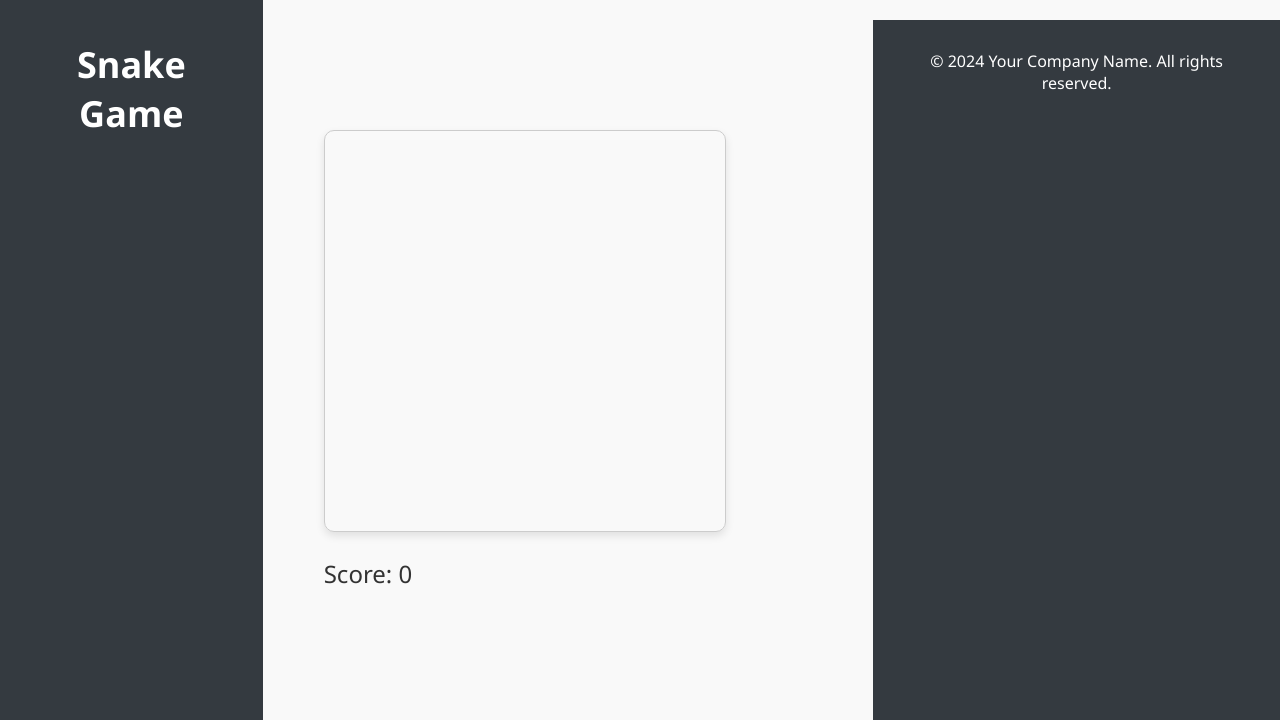
Repository: Taofeekolusola/Landing-page
Page: index.html
An editor plug-in stored every save of this project. The page is shown before and after the next save, followed by the edit.
The browser window is 1280 px wide. The pictures show the whole page.

Above is the page before, as saved 2024-05-06 18:00:35.
Not found: script.js

After the next save:
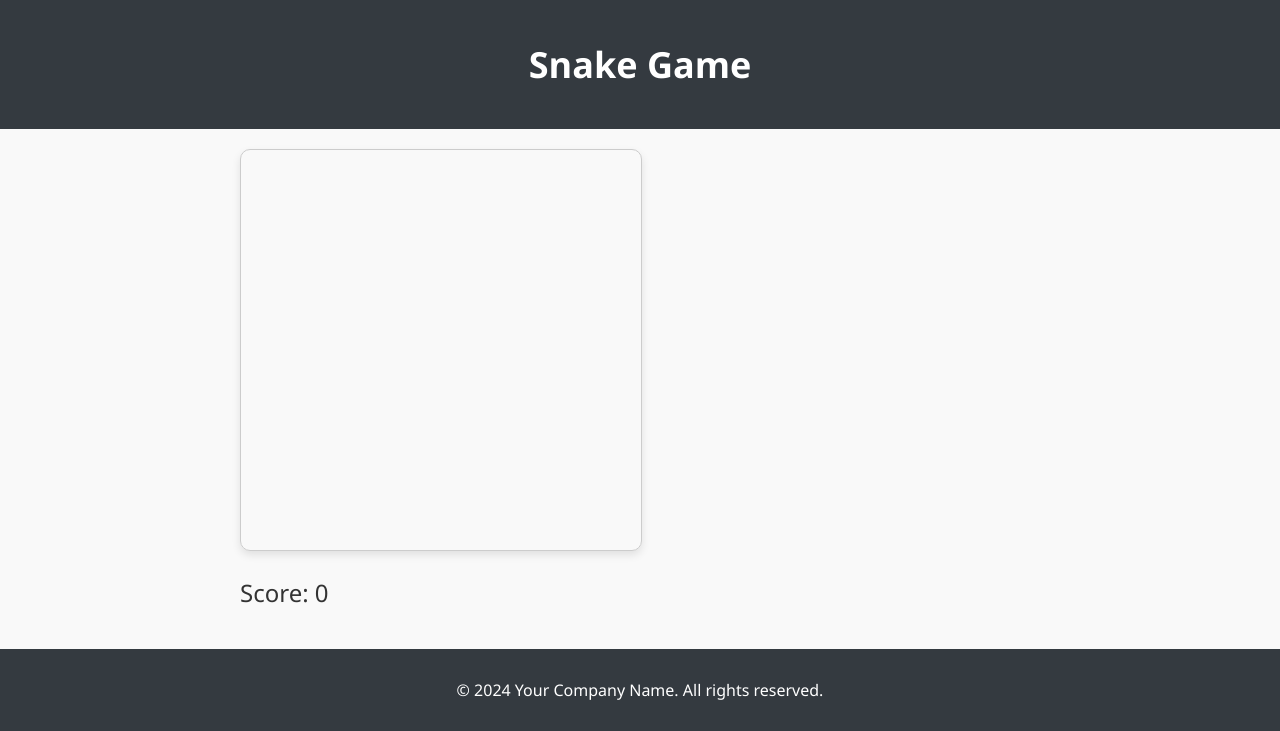
Saved 8 s later.
--- a/styles.css
+++ b/styles.css
@@ -3,7 +3,7 @@
     margin: 0;
     padding: 0;
     display: flex;
-    flex-direction: wrap;
+    flex-direction: column;
     min-height: 100vh;
     background-color: #f9f9f9;
 }

After the save that followed:
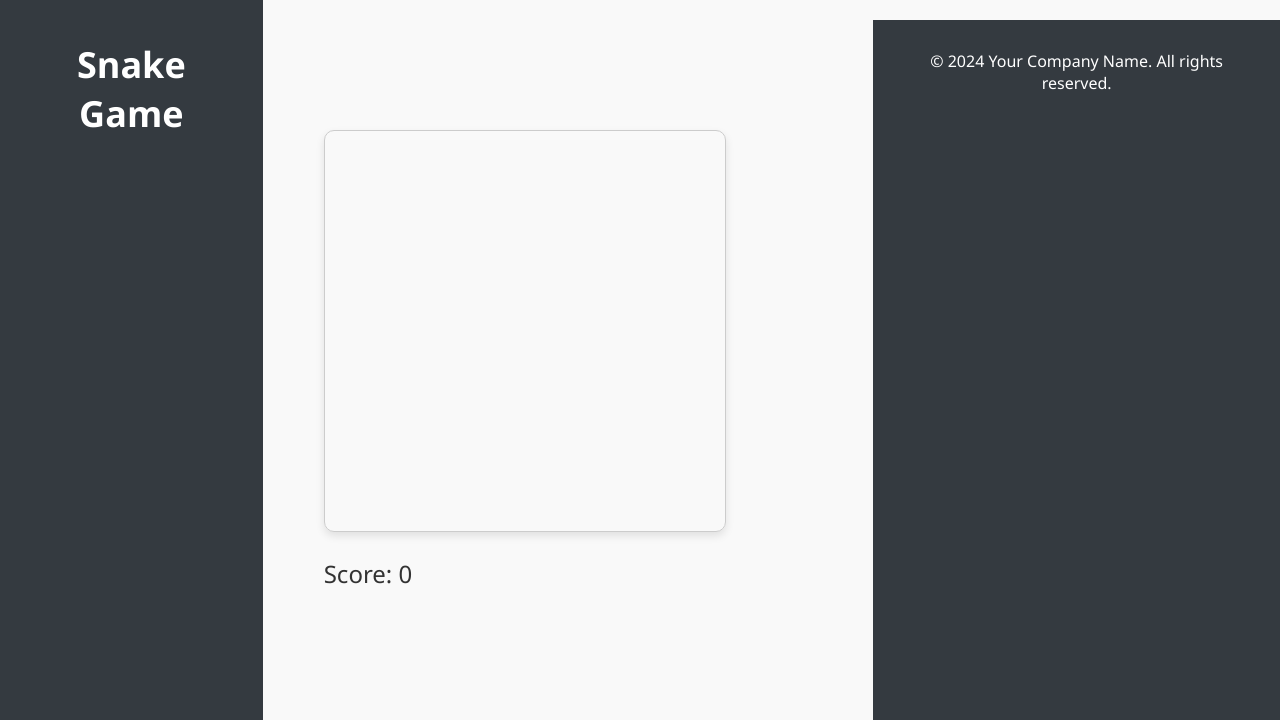
Saved 24 s later.
--- a/styles.css
+++ b/styles.css
@@ -3,7 +3,7 @@
     margin: 0;
     padding: 0;
     display: flex;
-    flex-direction: column;
+    flex-direction: row;
     min-height: 100vh;
     background-color: #f9f9f9;
 }
